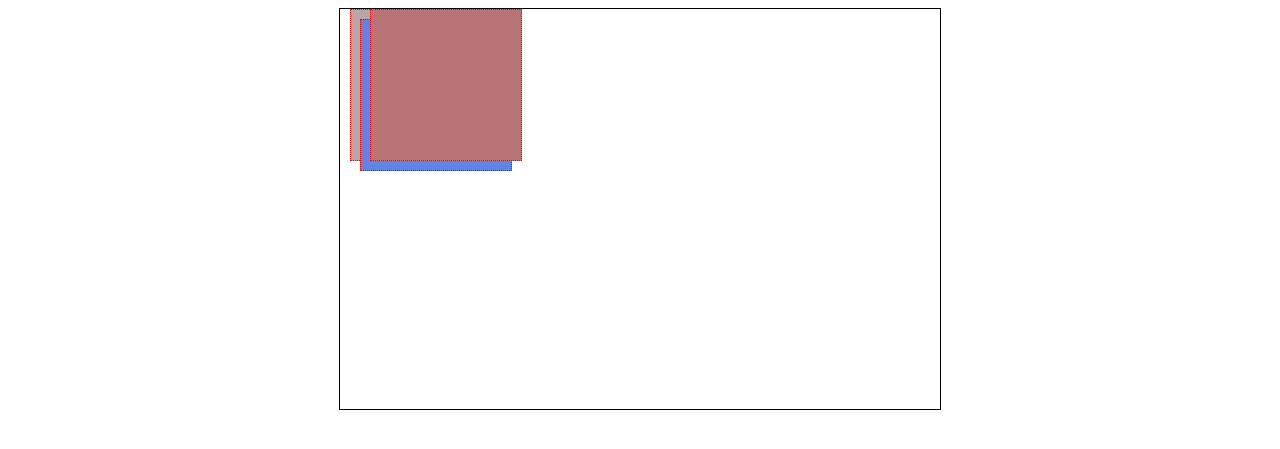
Repository: LstHeart/html-learning
Page: css/static和relative定位.html
The author's editor kept a copy of each file at every save. The page is drawn from the files as they stood at one save, then again after the next save.
The browser window is 1280 px wide. The pictures show the whole page.

Above is the page before, as saved 2021-01-06 20:51:47.

### css/static和relative定位.html
<!DOCTYPE html>
<html lang="en">
<head>
    <meta charset="UTF-8">
    <meta name="viewport" content="width=device-width, initial-scale=1.0">
    <title>Document</title>
    <link rel="stylesheet" href="static和realtive.css">
</head>
<body>
    <div class="wrapper">
        <div class="box1"></div>
        <div class="box2"></div>
        <div class="box3"></div>
    </div>
</body>
</html>

### css/static和realtive.css
.wrapper{
    width: 600px;
    height: 400px;
    border: 1px solid #000000;
    margin: 0 auto;
    position: relative;
}
.box1,.box2,.box3{
    width: 150px;
    height: 150px;
    border: 1px dotted red;
    display: inline-block;
    position: absolute;
}
/* 无效的设置,默认就是static */
/* .box2{
    position: static;
    left: 100px;
    top: 200px;
    background-color: rgb(96, 131, 228);
} */
.box1{
    background-color: rgb(182, 166, 166);
    left: 10px;
    /* z-index: -1; */
}
.box2{
    /* position: relative; */
    position: absolute;
    /* position: fixed; */
    left: 20px;
    top: 10px;
    background-color: rgb(96, 131, 228);
    /* z-index: -1; */
}
.box3{
    left: 30px;
    background-color: rgb(185, 117, 117);
    z-index: 1;
}

After the next save:
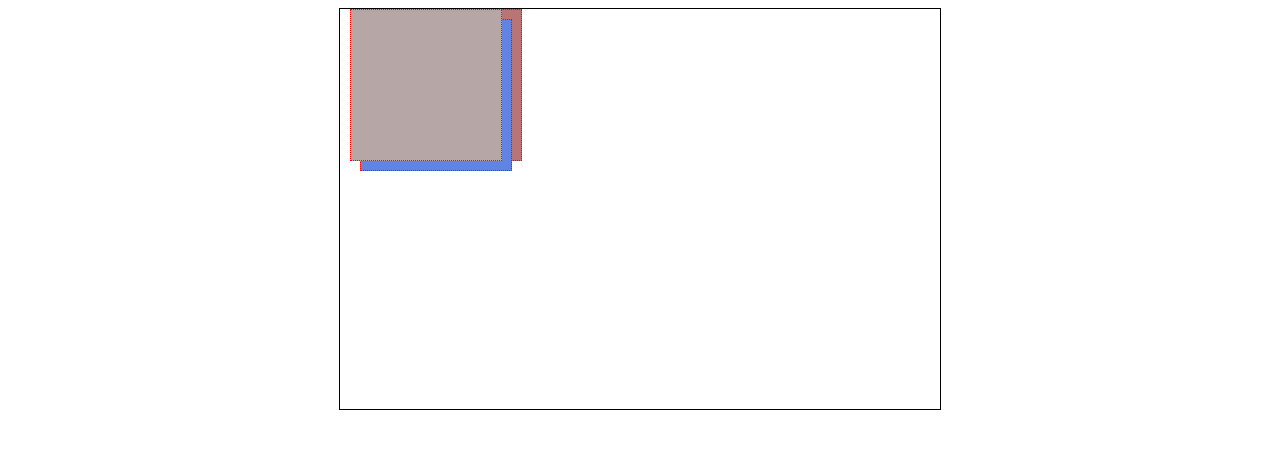
Saved 47 s later.
--- a/css/static和realtive.css
+++ b/css/static和realtive.css
@@ -22,7 +22,7 @@
 .box1{
     background-color: rgb(182, 166, 166);
     left: 10px;
-    /* z-index: -1; */
+    z-index: 3;
 }
 .box2{
     /* position: relative; */
@@ -31,7 +31,7 @@
     left: 20px;
     top: 10px;
     background-color: rgb(96, 131, 228);
-    /* z-index: -1; */
+    z-index:2;
 }
 .box3{
     left: 30px;
